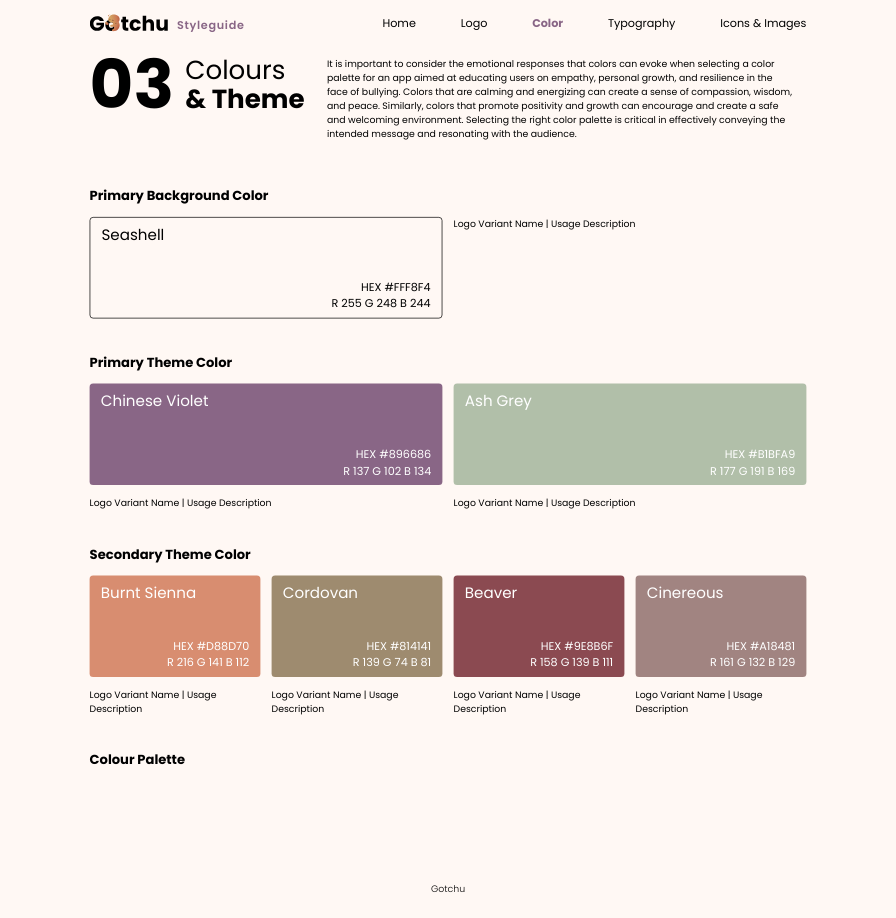
Repository: kionale/Antibullying-Project_Design-Guide
Page: color.html
These files come from the project's save history. The page is drawn as it stood at one moment and after the next save; the edit follows.
The browser window is 1280 px wide. The pictures show the whole page, at 70% of full size.

Above is the page before, as saved 2023-03-11 01:51:06.

After the next save:
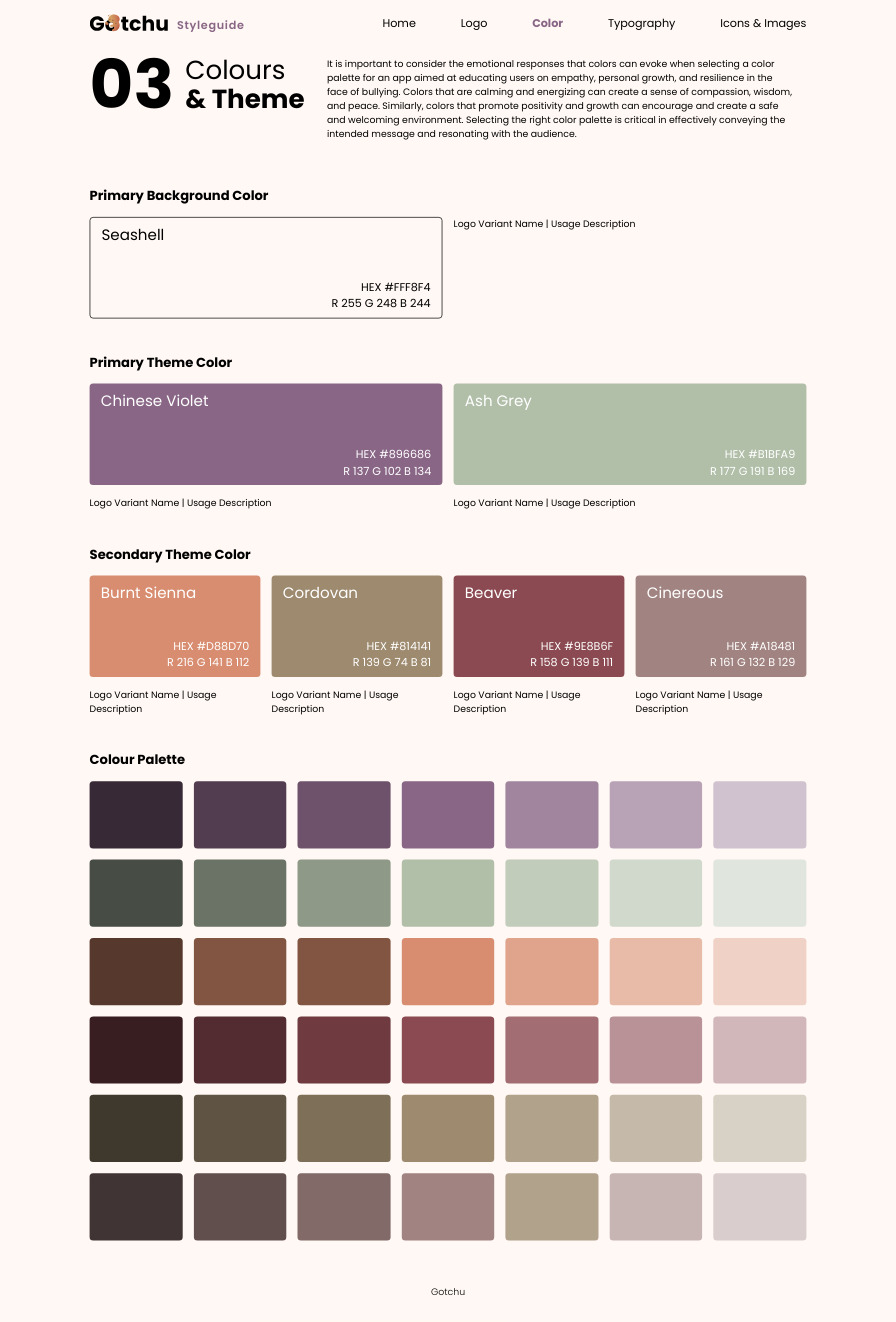
Saved 9 s later.
--- a/color.html
+++ b/color.html
@@ -110,48 +110,48 @@
         </div>
         <h3 class="subHeading">Colour Palette</h3>
         <div class="columnSeven">
-            <div class="palettebox" style="background:#372936"></div>
-            <div class="palettebox" style="background:#523D50"></div>
-            <div class="palettebox" style="background:#6E526B"></div>
-            <div class="palettebox" style="background:#896686"></div>
-            <div class="palettebox" style="background:#A1859E"></div>
-            <div class="palettebox" style="background:#B8A3B6"></div>
-            <div class="palettebox" style="background:#D0C2CF"></div>
-            <div class="palettebox" style="background:#474C44"></div>
-            <div class="palettebox" style="background:#6A7365"></div>
-            <div class="palettebox" style="background:#8E9987"></div>
-            <div class="palettebox" style="background:#B1BFA9"></div>
-            <div class="palettebox" style="background:#C1CCBA"></div>
-            <div class="palettebox" style="background:#D0D9CB"></div>
-            <div class="palettebox" style="background:#E0E5DD"></div>
-            <div class="palettebox" style="background:#56382D"></div>
-            <div class="palettebox" style="background:#825543"></div>
-            <div class="palettebox" style="background:#825543"></div>
-            <div class="palettebox" style="background:#D88D70"></div>
-            <div class="palettebox" style="background:#E0A48D"></div>
-            <div class="palettebox" style="background:#E8BBA9"></div>
-            <div class="palettebox" style="background:#EFD1C6"></div>
-            <div class="palettebox" style="background:#381E20"></div>
-            <div class="palettebox" style="background:#532C31"></div>
-            <div class="palettebox" style="background:#6F3B41"></div>
-            <div class="palettebox" style="background:#8B4A51"></div>
-            <div class="palettebox" style="background:#A26E74"></div>
-            <div class="palettebox" style="background:#B99297"></div>
-            <div class="palettebox" style="background:#D1B7B9"></div>
-            <div class="palettebox" style="background:#3F382C"></div>
-            <div class="palettebox" style="background:#5F5343"></div>
-            <div class="palettebox" style="background:#7E6F59"></div>
-            <div class="palettebox" style="background:#9E8B6F"></div>
-            <div class="palettebox" style="background:#B1A28C"></div>
-            <div class="palettebox" style="background:#C5B9A9"></div>
-            <div class="palettebox" style="background:#D8D1C5"></div>
-            <div class="palettebox" style="background:#403534"></div>
-            <div class="palettebox" style="background:#614F4D"></div>
-            <div class="palettebox" style="background:#816A67"></div>
-            <div class="palettebox" style="background:#A18481"></div>
-            <div class="palettebox" style="background:#B1A28C"></div>
-            <div class="palettebox" style="background:#C7B5B3"></div>
-            <div class="palettebox" style="background:#D9CECD"></div>
+            <div class="paletteBox" style="background:#372936"></div>
+            <div class="paletteBox" style="background:#523D50"></div>
+            <div class="paletteBox" style="background:#6E526B"></div>
+            <div class="paletteBox" style="background:#896686"></div>
+            <div class="paletteBox" style="background:#A1859E"></div>
+            <div class="paletteBox" style="background:#B8A3B6"></div>
+            <div class="paletteBox" style="background:#D0C2CF"></div>
+            <div class="paletteBox" style="background:#474C44"></div>
+            <div class="paletteBox" style="background:#6A7365"></div>
+            <div class="paletteBox" style="background:#8E9987"></div>
+            <div class="paletteBox" style="background:#B1BFA9"></div>
+            <div class="paletteBox" style="background:#C1CCBA"></div>
+            <div class="paletteBox" style="background:#D0D9CB"></div>
+            <div class="paletteBox" style="background:#E0E5DD"></div>
+            <div class="paletteBox" style="background:#56382D"></div>
+            <div class="paletteBox" style="background:#825543"></div>
+            <div class="paletteBox" style="background:#825543"></div>
+            <div class="paletteBox" style="background:#D88D70"></div>
+            <div class="paletteBox" style="background:#E0A48D"></div>
+            <div class="paletteBox" style="background:#E8BBA9"></div>
+            <div class="paletteBox" style="background:#EFD1C6"></div>
+            <div class="paletteBox" style="background:#381E20"></div>
+            <div class="paletteBox" style="background:#532C31"></div>
+            <div class="paletteBox" style="background:#6F3B41"></div>
+            <div class="paletteBox" style="background:#8B4A51"></div>
+            <div class="paletteBox" style="background:#A26E74"></div>
+            <div class="paletteBox" style="background:#B99297"></div>
+            <div class="paletteBox" style="background:#D1B7B9"></div>
+            <div class="paletteBox" style="background:#3F382C"></div>
+            <div class="paletteBox" style="background:#5F5343"></div>
+            <div class="paletteBox" style="background:#7E6F59"></div>
+            <div class="paletteBox" style="background:#9E8B6F"></div>
+            <div class="paletteBox" style="background:#B1A28C"></div>
+            <div class="paletteBox" style="background:#C5B9A9"></div>
+            <div class="paletteBox" style="background:#D8D1C5"></div>
+            <div class="paletteBox" style="background:#403534"></div>
+            <div class="paletteBox" style="background:#614F4D"></div>
+            <div class="paletteBox" style="background:#816A67"></div>
+            <div class="paletteBox" style="background:#A18481"></div>
+            <div class="paletteBox" style="background:#B1A28C"></div>
+            <div class="paletteBox" style="background:#C7B5B3"></div>
+            <div class="paletteBox" style="background:#D9CECD"></div>
         </div>
     </main>
 </body>
